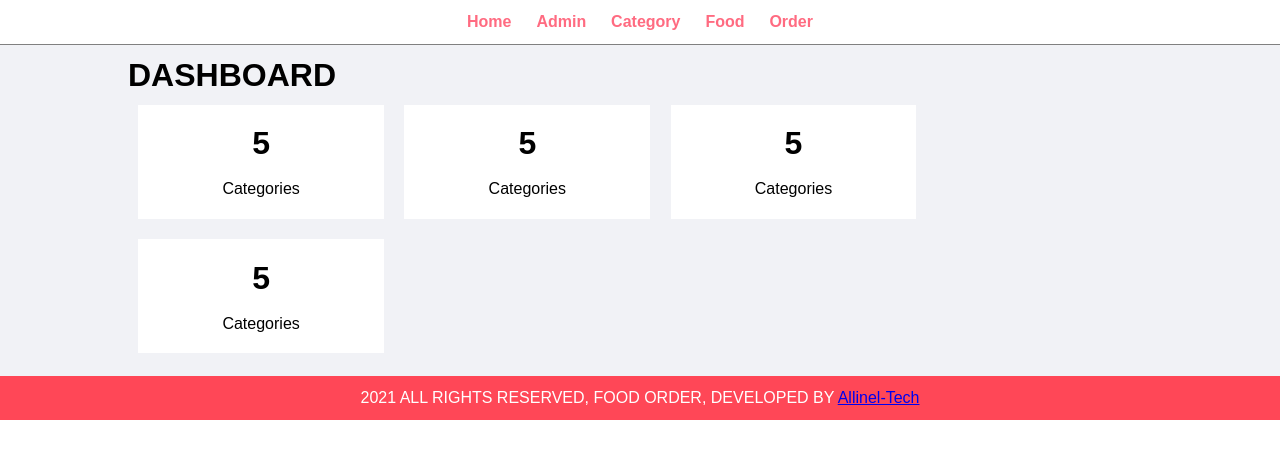
Repository: yazshrilld/food_order
Page: http://localhost/admin/index.php
These files come from the project's save history. The page is drawn as it stood at one moment and after a run of saves; the edit follows.
The browser window is 1280 px wide. The pictures show the whole page.
The page is run by PHP 8.4 with error messages shown; the project is at /var/www/html/.

Above is the page before, as saved 2021-01-24 16:45:30.

### admin/index.php
    <html>
    <head>
        <title>Food Order Website - Home Page</title>
        <link rel="stylesheet" href="../css/admin.css">
    </head>
    <body>
        <!-- Menu Section Starts -->
            <div class="menu text-center">
                <div class="wrapper">
                    <ul>
                        <li><a href="">Home</a></li>
                        <li><a href="">Admin</a></li>
                        <li><a href="">Category</a></li>
                        <li><a href="">Food</a></li>
                        <li><a href="">Order</a></li>
                    </ul>
                </div>
            </div>
        <!-- Menu Section Ends -->

        <!-- Main Content Section Starts -->
            <div class="main-content">
                <div class="wrapper">
                    <h1>DASHBOARD</h1>
                    <div class="col-4 text-center">
                        <h1>5</h1><br /> Categories
                    </div>
                    <div class="col-4 text-center">
                        <h1>5</h1><br /> Categories
                    </div>
                    <div class="col-4 text-center">
                        <h1>5</h1><br /> Categories
                    </div>
                    <div class="col-4 text-center">
                        <h1>5</h1><br /> Categories
                    </div>
                    <div class="clearFix"></div>
                </div>
            </div>
        <!-- Main Content Section Ends -->

        <!-- Footer Section Starts -->
            <div class="footer">
                <div class="wrapper">
                    <p class="text-center">2021 ALL RIGHTS RESERVED, FOOD ORDER, DEVELOPED BY <a href="#">Allinel-Tech</a></p>
                </div>
            </div>
        <!-- Footer Section Ends -->

    </body>
</html>

### css/admin.css
/*
    Author: Musa Yazid
    Theme: Food Order Website Admin
    Version: 1.0
*/

* {
    margin: 0;
    padding: 0;
    font-family: Arial, Helvetica, sans-serif;
}

.wrapper {
    padding: 1%;
    width: 80%;
    margin: 0 auto;
}

.text-center {
    text-align: center;
}
.clearFix {
    float: none;
    clear: both;
}
/* CSS for Menu */
.menu {
    border-bottom: 1px solid grey;
}
.menu ul {
    list-style-type: none;
}
.menu ul li {
    display: inline;
    padding: 1%;
}
.menu ul li a {
    text-decoration: none;
    font-weight: bold;
    color: #ff6b81;
}
.menu ul li a:hover {

    color: #ff4757;
}

/* CSS for main-content */

.main-content {
    background-color: #f1f2f6;
}
.col-4 {
    width: 20%;
    background-color: white;
    margin: 1%;
    padding: 2%;
    float: left;
}

/* CSS for footer */
.footer {
    background-color: #ff4757;
    color: white;
}

After the next 3 saves:
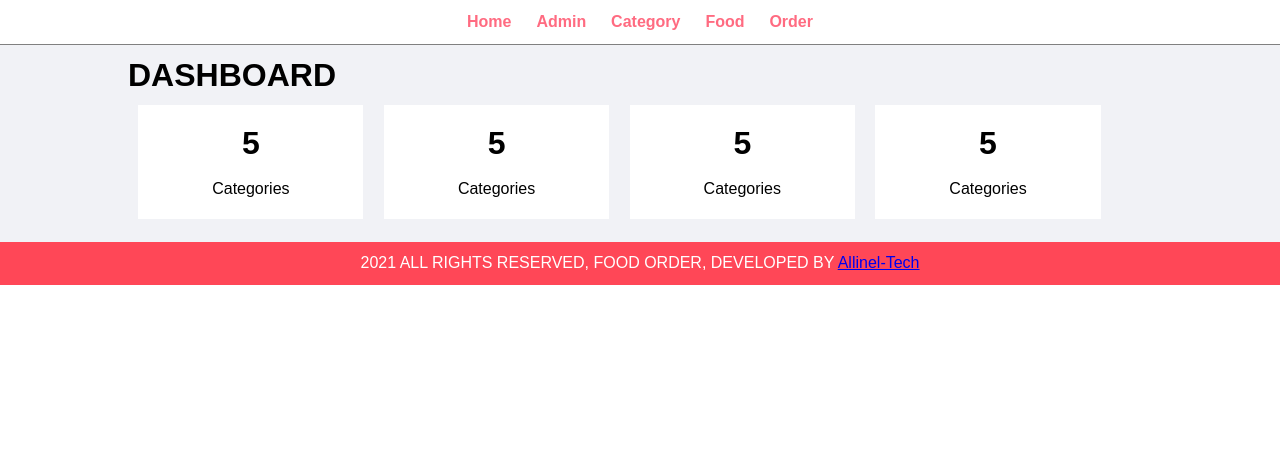
The 3 saves are shown as one change because they came seconds apart.
The last was saved 53 s later.
--- a/css/admin.css
+++ b/css/admin.css
@@ -50,7 +50,7 @@
     background-color: #f1f2f6;
 }
 .col-4 {
-    width: 20%;
+    width: 18%;
     background-color: white;
     margin: 1%;
     padding: 2%;
